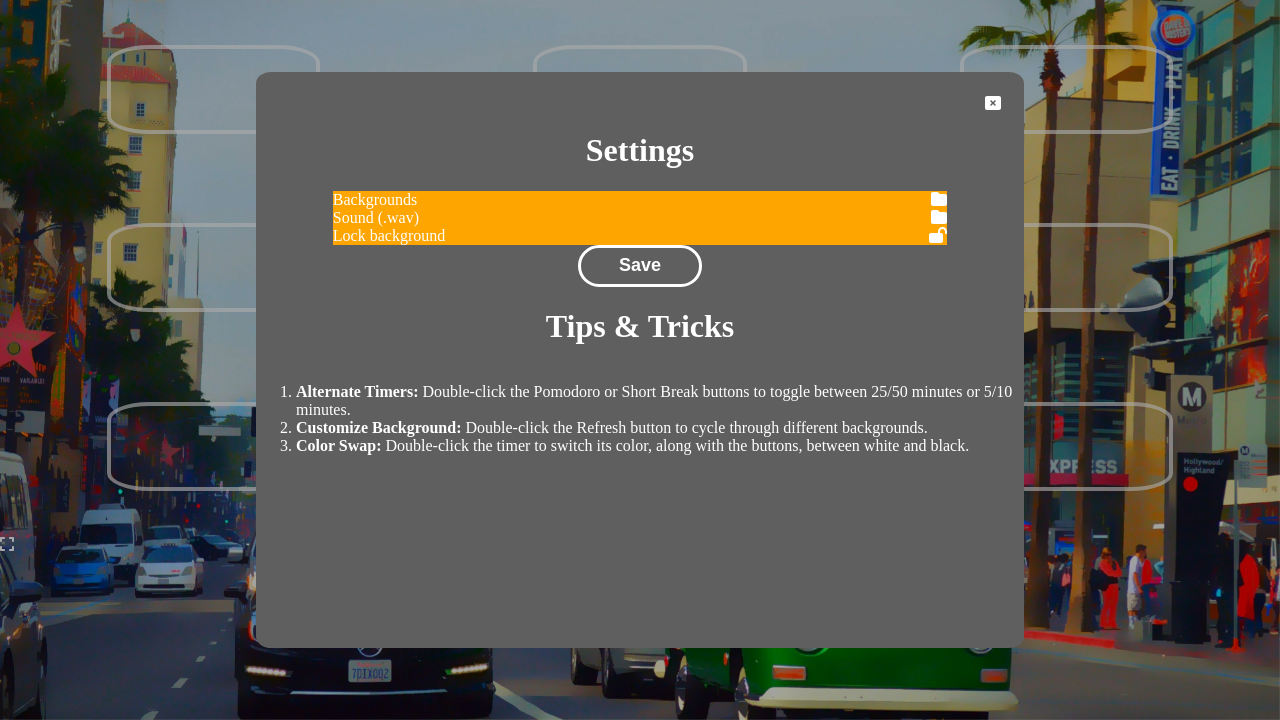
Repository: ttommytan/pomodoro
Page: /, after clicking the first element matching `svg.fa-gear`
These files come from the project's save history. The page is drawn as it stood at one moment and after the next save; the edit follows.
The browser window is 1280 px wide. The pictures show the whole page.
The project was rebuilt for these pictures with package versions that can differ from the ones it lists, and the page was loaded fresh each time. Also part of the build but not shown: vite.config.js, src/components/Test.jsx, src/components/SliderComponent.jsx. Imported but missing from the stored project, and not drawn on this page: src/assets/chime.wav.

Above is the page before, as saved 2024-08-27 11:25:12.

### index.html
<!doctype html>
<html lang="en">
  <head>
    <meta charset="UTF-8" />
    <link rel="icon" type="image/svg+xml" href="/vite.svg" />
    <meta name="viewport" content="width=device-width, initial-scale=1.0" />
    <title>Pomodoro Timer</title>
    <link rel="preconnect" href="https://fonts.googleapis.com">
    <link rel="preconnect" href="https://fonts.gstatic.com" crossorigin>
    <link href="https://fonts.googleapis.com/css2?family=Space+Grotesk:wght@300..700&display=swap" rel="stylesheet">
  </head>
  <body>
    <div id="root"></div>

    <script type="module" src="/src/main.jsx"></script>
  </body>
</html>

### src/App.jsx
import { useState } from 'react'
import Test from './components/Test'
import Countdown from './components/Countdown'
import SliderComponent from './components/SliderComponent'

function App() {
  const [count, setCount] = useState(0)

  return (
    <>

    <div className=''>
        <Countdown givenTime={1500}/>
    </div>
    </>
  )
}

export default App

### src/index.css
.big-container {
  top: 0;
  left: 0;
  width: 100%;
  height: 100%;
  position: absolute;
  display: grid;
  overflow: hidden;
  margin: 0;
  padding: 0;
  background-size: cover;
  background-repeat: no-repeat;
  background-attachment: fixed;
  background-position: center;

  grid-template-areas: "top-left top-mid top-right"
                       "mid-left mid-mid mid-right"
                       "bot-left bot-mid bot-right";
}

.containers-top-left, .containers-top-mid, .containers-top-right,
.containers-mid-left, .containers-mid-mid, .containers-mid-right,
.containers-bot-left, .containers-bot-mid, .containers-bot-right {
  width:500px;
  height: 300px;
  font-family: "Space Grotesk", sans-serif;
  font-weight: 400;
  display: flex;
  flex-direction: column;
  justify-content: space-evenly;
  align-items: center;
  position: absolute;
  top: 50%;
  left: 50%;
  transform: translate(-50%, -50%);
  padding: 10px;
  user-select: none;
  -moz-user-select: none;
  -khtml-user-select: none;
  -webkit-user-select: none;
  -o-user-select: none;
  z-index: 2;
}

.containers-top-left:hover, .containers-top-mid:hover, .containers-top-right:hover,
.containers-mid-left:hover, .containers-mid-mid:hover, .containers-mid-right:hover,
.containers-bot-left:hover, .containers-bot-mid:hover, .containers-bot-right:hover
{
  cursor: pointer;
}
.containers-top-left{
  grid-area: top-left;
  padding-top: 10%;
}
.containers-top-mid {
  grid-area: top-mid;
  padding-top: 10%;
}
.containers-top-right {
  grid-area: top-right;
  padding-top: 10%;
}

.containers-mid-left {
  grid-area: mid-left;
}
.containers-mid-mid {
  grid-area: mid-mid;
}
.containers-mid-right {
  grid-area: mid-right;
}


.containers-bot-left {
  grid-area: bot-left;
  padding-bottom: 10%;
}
.containers-bot-mid {
  grid-area: bot-mid;
  padding-bottom: 10%;
}
.containers-bot-right {
  grid-area: bot-right;
  padding-bottom: 10%;
}

.top-left, .top-mid, .top-right,
.mid-left, .mid-mid, .mid-right,
.bot-left, .bot-mid, .bot-right{
  height: 50%;
  width: 50%;
  margin:auto;
  border-radius: 20%;
  border: rgba(255, 255, 255, 0.637) .3em solid;
  opacity: 1;
  background-color: rgba(0, 0, 0, 0);
}

.top-left:hover, .top-mid:hover, .top-right:hover,
.mid-left:hover, .mid-mid:hover, .mid-right:hover,
.bot-left:hover, .bot-mid:hover, .bot-right:hover{
  opacity: 1;
}

.top-leftblack, .top-midblack, .top-rightblack,
.mid-leftblack, .mid-midblack, .mid-rightblack,
.bot-leftblack, .bot-midblack, .bot-rightblack{
  height: 50%;
  width: 50%;
  margin:auto;
  border-radius: 20%;
  border: rgba(0, 0, 0, 0.637) .3em solid;
  opacity: 0;
  background-color: rgba(0, 0, 0, 0);
}

.top-leftblack:hover, .top-midblack:hover, .top-rightblack:hover,
.mid-leftblack:hover, .mid-midblack:hover, .mid-rightblack:hover,
.bot-leftblack:hover, .bot-midblack:hover, .bot-rightblack:hover{
  opacity: 1;
}

.top-left {grid-area: top-left;}
.top-mid {grid-area: top-mid;}
.top-right {grid-area: top-right;}

.mid-left {grid-area: mid-left;}
.mid-mid {grid-area: mid-mid;}
.mid-right {grid-area: mid-right;}

.bot-left {grid-area: bot-left;}
.bot-mid {grid-area: bot-mid;}
.bot-right {grid-area: bot-right;}





.inner-element {
  font-size: 80px;
  flex-wrap: wrap;
  text-align: center;
  margin:0;

}


.time {
  margin: 0;
  color: white;
}

.timeblack {
  margin: 0;
  color: black;
}


.buttons, .buttonsactive, .pause-button {
  margin: 0 5px; /* Add some space between buttons */
  cursor: pointer;
  color: white;
  border-radius: 30px;
  width: 124px;
  height: 42px;
  font-size: 18px;
  box-shadow: none;
  border: solid white;
  background-color: rgba(255, 255, 255, 0);
  font-weight: 600;

}

.buttonsactive{
  background-color: white;
  color: black;
}
.buttons:hover{
  background-color: white;
  color: black
}
.pause-button:hover{
  background-color: rgba(255, 255, 255, 0);
  color: white;
}

.buttonsblack, .buttonsactiveblack, .pause-buttonblack {
  margin: 0 5px; /* Add some space between buttons */
  cursor: pointer;
  color: black;
  border-radius: 30px;
  width: 124px;
  height: 42px;
  font-size: 18px;
  box-shadow: none;
  border: solid black;
  background-color: rgba(255, 255, 255, 0);
  font-weight: 600;

}
.buttonsactiveblack{
  background-color: black;
  color: white;
}
.buttonsblack:hover{
  background-color: black;
  color: white
}

.pause-buttonblack:hover{
  background-color: rgba(255, 255, 255, 0);
  color: black;
}

.pause-button {
  width: 100px;
  background-color: white;
  color: black
}

.pause-buttonblack {
  width: 100px;
  background-color: black;
  color: white
}


.bg-img{
  width: 100%;
  height: 100%;
  display: block;
}


.top-buttons {
  transition: opacity .8s ease-in-out;
  opacity: 1;
}

.top-buttonshide {
  opacity: 0;
  transition: opacity .8s ease-in-out;
}




.slider-container {
  max-width: 600px;
  margin: auto;
}

.slide {
  padding: 20px;
  font-size: 18px;
  text-align: center;
}

.slick-dots li button:before {
  font-size: 12px;
  color: blue; /* Change this to the color you prefer */
}

.slick-dots li.slick-active button:before {
  color: red !important; /* Change this to the color you prefer */
}

.slick-prev:before,
.slick-next:before {
  color: black; /* Change this to the color you prefer */
}

.top-right{
  position: relative;
}

.settings{
  grid-area: top-right;
  width: 45px;
  height: 45px;
  margin: auto;
  z-index: 1;
}

.outer-popup{
  position: fixed;
  top: 0;
  left: 0;
  width: 100%;
  height: 100vh;
  display: flex;
  justify-content: center;
  align-items: center;
  background-color: rgba(0, 0, 0, 0.332);
  z-index: 1000;
}

.inner-popup {
  background-color: rgb(96, 95, 95);
  width: 60%;
  height: 80%;
  display: flex;
  flex-direction: column;
  align-items: center;
  border-radius: 2%;
  z-index: 1001;
  color: white;
}

.exit{
  margin-top: 3%;
  margin-right: 3%;
  align-self: flex-end;
}
.settings-elements{
  background-color: yellow;
  width: 80%;
  display: flex;
  flex-direction: column;
  gap: 10%;

}
.settings-element{
  display: flex;
  justify-content: space-between;
  background-color: orange;
  width: 100%;
}

Loaded but not shown: src/main.jsx (common file); src/components/Countdown.jsx (615 lines, source omitted)

After the next save:
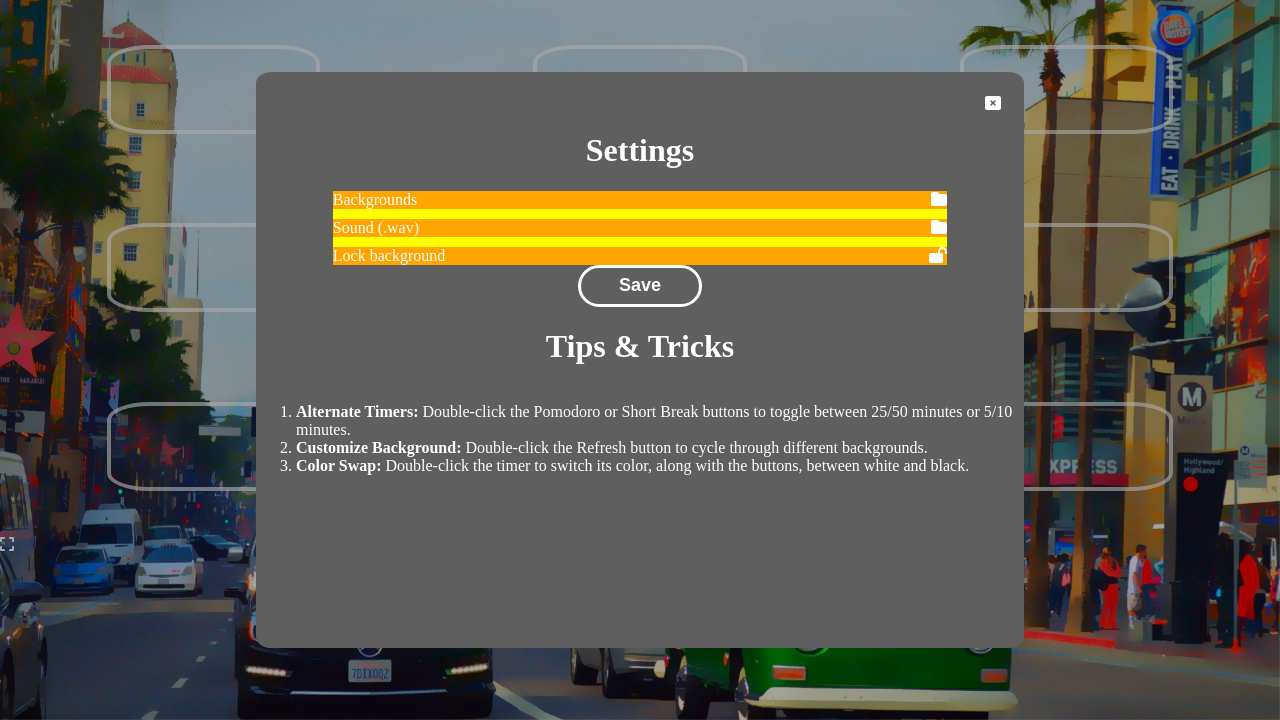
Saved 7 s later.
--- a/src/index.css
+++ b/src/index.css
@@ -318,7 +318,7 @@
   width: 80%;
   display: flex;
   flex-direction: column;
-  gap: 10%;
+  gap: 10px;
 
 }
 .settings-element{
